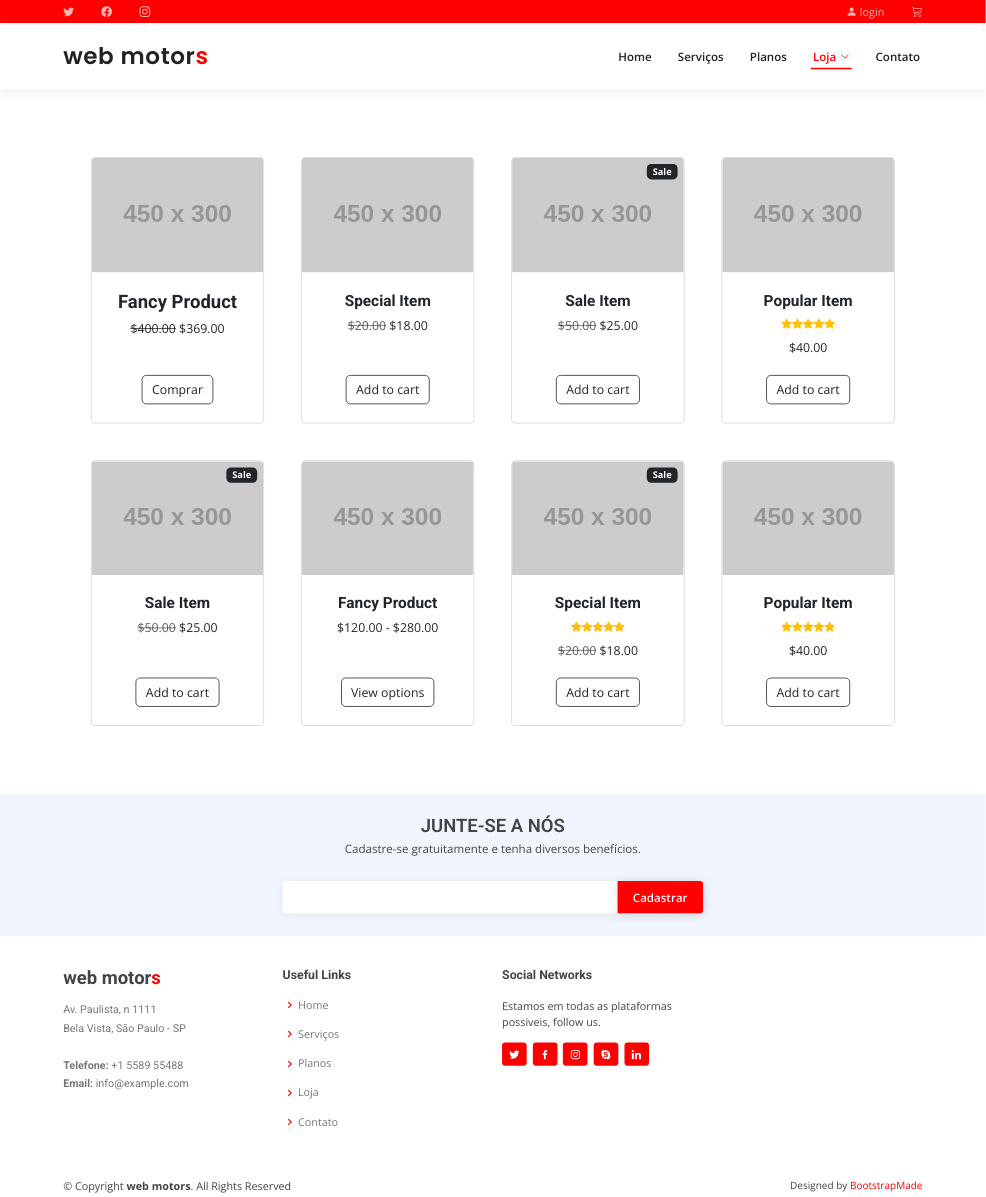
Repository: 01nethy/WebMotors
Page: produtos.html
The author's editor kept a copy of each file at every save. The page is drawn from the files as they stood at one save, then again after the next save.
The browser window is 1280 px wide. The pictures show the whole page, at 77% of full size.

Above is the page before, as saved 2023-12-08 14:57:22.

### produtos.html
<!DOCTYPE html>
<html lang="pt-BR">

<head>
  <meta charset="utf-8">
  <meta content="width=device-width, initial-scale=1.0" name="viewport">

  <title>Produtos Automotivos - Web Motors</title>
  <meta content="" name="description">
  <meta content="" name="keywords">

  <!-- Favicons -->
  <link href="assets/img/favicon.png" rel="icon">
  <link href="assets/img/apple-touch-icon.png" rel="apple-touch-icon">

  <!-- Google Fonts -->
  <link
    href="https://fonts.googleapis.com/css?family=Open+Sans:300,300i,400,400i,600,600i,700,700i|Roboto:300,300i,400,400i,500,500i,600,600i,700,700i|Poppins:300,300i,400,400i,500,500i,600,600i,700,700i"
    rel="stylesheet">

  <!-- Vendor CSS Files -->
  <link href="assets/vendor/aos/aos.css" rel="stylesheet">
  <link href="assets/vendor/bootstrap/css/bootstrap.min.css" rel="stylesheet">
  <link href="assets/vendor/bootstrap-icons/bootstrap-icons.css" rel="stylesheet">
  <link href="assets/vendor/boxicons/css/boxicons.min.css" rel="stylesheet">
  <link href="assets/vendor/glightbox/css/glightbox.min.css" rel="stylesheet">
  <link href="assets/vendor/swiper/swiper-bundle.min.css" rel="stylesheet">

  <!-- Template Main CSS File -->
  <link href="assets/css/style.css" rel="stylesheet">

  <!-- =======================================================
  * Template Name: BizLand
  * Updated: Jul 27 2023 with Bootstrap v5.3.1
  * Template URL: https://bootstrapmade.com/bizland-bootstrap-business-template/
  * Author: BootstrapMade.com
  * License: https://bootstrapmade.com/license/
  ======================================================== -->
</head>

<body>
 <!-- ======= Top Bar ======= -->
 <section id="topbar" class="d-flex align-items-center">
  <div id="topajust" class="container d-flex">
    <div class="social-links col-6 ">
      <a href="#" class="twitter m-0"><i class="bi bi-twitter"></i></a>
      <a href="#" class="facebook"><i class="bi bi-facebook"></i></a>
      <a href="#" class="instagram"><i class="bi bi-instagram"></i></a>
      <!-- <a href="#" class="linkedin"><i class="bi bi-linkedin"></i></i></a> -->
    </div>
    <div class="social-links col-6 text-end">
      <a href="login.html"><i class="bi bi-person-fill"></i> login </a>
      <a href="cart.html"> <i class="bi bi-cart3"></i></a>
    </div>
  </div>
</section>

  <!-- ======= Header nav ======= -->
  <header id="header" class="d-flex">
    <div class="container d-flex align-items-center justify-content-between"">
      <h1 class=" logo"><a href="index.html">web motor<span>s</span></a></h1>
      <nav id="navbar" class="nav navbar justify-content-end">
        <ul>
          <li><a class="nav-link scrollto" href="index.html">Home</a></li>
          <!-- <li><a class="nav-link scrollto" href="#about">Mecanica</a></li>-->
          <li><a class="nav-link scrollto" href="index.html #services">Serviços</a></li>
          <!-- <li><a class="nav-link scrollto " href="#portfolio">Aditivo</a></li>-->
          <li><a class="nav-link scrollto" href="index.html #pricing">Planos</a></li>
          <li class="dropdown"><a class="active" href="produtos.html"><span>Loja</span> <i class="bi bi-chevron-down"></i></a>
            <ul>
              <li><a href="#">Aditivos</a></li>
              <!-- <li class="dropdown"><a href="#"><span>Deep Drop Down</span> <i class="bi bi-chevron-right"></i></a>
                <ul>
                  <li><a href="#">Deep Drop Down 1</a></li>
                  <li><a href="#">Deep Drop Down 2</a></li>
                  <li><a href="#">Deep Drop Down 3</a></li>
                  <li><a href="#">Deep Drop Down 4</a></li>
                  <li><a href="#">Deep Drop Down 5</a></li>
                </ul>
              </li> -->
              <li><a href="#">Borracha</a></li>
              <li><a href="#">Pneus</a></li>
            </ul>
          </li>
          <li><a class="nav-link scrollto" href="index.html #contact">Contato</a></li>
        </ul>
        <i class="bi bi-list mobile-nav-toggle"></i>
      </nav><!-- .navbar -->
    </div>
  </header>

  <main id="main" data-aos="fade-up">
    <section class="inner-page">
      <div class="container px-4 px-lg-5 mt-5">
        <div class="row gx-4 gx-lg-5 row-cols-2 row-cols-md-3 row-cols-xl-4 justify-content-center">
          <div class="col mb-5">
            <div class="card h-100">
              <img class="card-img-top" src="https://dummyimage.com/450x300/dee2e6/6c757d.jpg" alt="..." />
              <div class="card-body p-4">
              <div class="text-center">
                <!-- Product name-->
                <h4 class="fw-bolder">Fancy Product</h4>
                <p class="item-price">
                  <strike>$400.00</strike> <span>$369.00</span>
                </p>
              </div>
            </div>
              <div class="card-footer p-4 pt-0 border-top-0 bg-transparent">
                <div class="text-center"><a class="btn btn-outline-dark mt-auto" href="#">Comprar</a>
                </div>
              </div>
            </div>
          </div>
          <div class="col mb-5">
            <div class="card h-100">
              <img class="card-img-top" src="https://dummyimage.com/450x300/dee2e6/6c757d.jpg" alt="..." />
              <!-- Product details-->
              <div class="card-body p-4">
                <div class="text-center">
                  <!-- Product name-->
                  <h5 class="fw-bolder">Special Item</h5>
                  <span class="text-muted text-decoration-line-through">$20.00</span>
                  $18.00
                </div>
              </div>
              <!-- Product actions-->
              <div class="card-footer p-4 pt-0 border-top-0 bg-transparent">
                <div class="text-center"><a class="btn btn-outline-dark mt-auto" href="#">Add to cart</a></div>
              </div>
            </div>
          </div>
          <div class="col mb-5">
            <div class="card h-100">
              <!-- Sale badge-->
              <div class="badge bg-dark text-white position-absolute" style="top: 0.5rem; right: 0.5rem">Sale</div>
              <!-- Product image-->
              <img class="card-img-top" src="https://dummyimage.com/450x300/dee2e6/6c757d.jpg" alt="..." />
              <!-- Product details-->
              <div class="card-body p-4">
                <div class="text-center">
                  <!-- Product name-->
                  <h5 class="fw-bolder">Sale Item</h5>
                  <!-- Product price-->
                  <span class="text-muted text-decoration-line-through">$50.00</span>
                  $25.00
                </div>
              </div>
              <!-- Product actions-->
              <div class="card-footer p-4 pt-0 border-top-0 bg-transparent">
                <div class="text-center"><a class="btn btn-outline-dark mt-auto" href="#">Add to cart</a></div>
              </div>
            </div>
          </div>
          <div class="col mb-5">
            <div class="card h-100">
              <!-- Product image-->
              <img class="card-img-top" src="https://dummyimage.com/450x300/dee2e6/6c757d.jpg" alt="..." />
              <!-- Product details-->
              <div class="card-body p-4">
                <div class="text-center">
                  <!-- Product name-->
                  <h5 class="fw-bolder">Popular Item</h5>
                  <!-- Product reviews-->
                  <div class="d-flex justify-content-center small text-warning mb-2">
                    <div class="bi-star-fill"></div>
                    <div class="bi-star-fill"></div>
                    <div class="bi-star-fill"></div>
                    <div class="bi-star-fill"></div>
                    <div class="bi-star-fill"></div>
                  </div>
                  <!-- Product price-->
                  $40.00
                </div>
              </div>
              <!-- Product actions-->
              <div class="card-footer p-4 pt-0 border-top-0 bg-transparent">
                <div class="text-center"><a class="btn btn-outline-dark mt-auto" href="#">Add to cart</a></div>
              </div>
            </div>
          </div>
          <div class="col mb-5">
            <div class="card h-100">
              <!-- Sale badge-->
              <div class="badge bg-dark text-white position-absolute" style="top: 0.5rem; right: 0.5rem">Sale</div>
              <!-- Product image-->
              <img class="card-img-top" src="https://dummyimage.com/450x300/dee2e6/6c757d.jpg" alt="..." />
              <!-- Product details-->
              <div class="card-body p-4">
                <div class="text-center">
                  <!-- Product name-->
                  <h5 class="fw-bolder">Sale Item</h5>
                  <!-- Product price-->
                  <span class="text-muted text-decoration-line-through">$50.00</span>
                  $25.00
                </div>
              </div>
              <!-- Product actions-->
              <div class="card-footer p-4 pt-0 border-top-0 bg-transparent">
                <div class="text-center"><a class="btn btn-outline-dark mt-auto" href="#">Add to cart</a></div>
              </div>
            </div>
          </div>
          <div class="col mb-5">
            <div class="card h-100">
              <!-- Product image-->
              <img class="card-img-top" src="https://dummyimage.com/450x300/dee2e6/6c757d.jpg" alt="..." />
              <!-- Product details-->
              <div class="card-body p-4">
                <div class="text-center">
                  <!-- Product name-->
                  <h5 class="fw-bolder">Fancy Product</h5>
                  <!-- Product price-->
                  $120.00 - $280.00
                </div>
              </div>
              <!-- Product actions-->
              <div class="card-footer p-4 pt-0 border-top-0 bg-transparent">
                <div class="text-center"><a class="btn btn-outline-dark mt-auto" href="#">View options</a></div>
              </div>
            </div>
          </div>
          <div class="col mb-5">
            <div class="card h-100">
              <!-- Sale badge-->
              <div class="badge bg-dark text-white position-absolute" style="top: 0.5rem; right: 0.5rem">Sale</div>
              <!-- Product image-->
              <img class="card-img-top" src="https://dummyimage.com/450x300/dee2e6/6c757d.jpg" alt="..." />
              <!-- Product details-->
              <div class="card-body p-4">
                <div class="text-center">
                  <!-- Product name-->
                  <h5 class="fw-bolder">Special Item</h5>
                  <!-- Product reviews-->
                  <div class="d-flex justify-content-center small text-warning mb-2">
                    <div class="bi-star-fill"></div>
                    <div class="bi-star-fill"></div>
                    <div class="bi-star-fill"></div>
                    <div class="bi-star-fill"></div>
                    <div class="bi-star-fill"></div>
                  </div>
                  <!-- Product price-->
                  <span class="text-muted text-decoration-line-through">$20.00</span>
                  $18.00
                </div>
              </div>
              <!-- Product actions-->
              <div class="card-footer p-4 pt-0 border-top-0 bg-transparent">
                <div class="text-center"><a class="btn btn-outline-dark mt-auto" href="#">Add to cart</a></div>
              </div>
            </div>
          </div>
          <div class="col mb-5">
            <div class="card h-100">
              <!-- Product image-->
              <img class="card-img-top" src="https://dummyimage.com/450x300/dee2e6/6c757d.jpg" alt="..." />
              <!-- Product details-->
              <div class="card-body p-4">
                <div class="text-center">
                  <!-- Product name-->
                  <h5 class="fw-bolder">Popular Item</h5>
                  <!-- Product reviews-->
                  <div class="d-flex justify-content-center small text-warning mb-2">
                    <div class="bi-star-fill"></div>
                    <div class="bi-star-fill"></div>
                    <div class="bi-star-fill"></div>
                    <div class="bi-star-fill"></div>
                    <div class="bi-star-fill"></div>
                  </div>
                  <!-- Product price-->
                  $40.00
                </div>
              </div>
              <!-- Product actions-->
              <div class="card-footer p-4 pt-0 border-top-0 bg-transparent">
                <div class="text-center"><a class="btn btn-outline-dark mt-auto" href="#">Add to cart</a></div>
              </div>
            </div>
          </div>
        </div>
      </div>
    </section>
  </main><!-- End #main -->

 <!-- ======= Footer ======= -->
 <footer id="footer">
  <div class="footer-newsletter">
    <div class="container">
      <div class="row justify-content-center">
        <div class="col-lg-6">
          <h4>JUNTE-SE A NÓS</h4>
          <p>Cadastre-se gratuitamente e tenha diversos benefícios.</p>
          <form action="" method="post">
            <input type="email" name="email"><input type="submit" value="Cadastrar">
          </form>
        </div>
      </div>
    </div>
  </div>
  <div class="footer-top">
    <div class="container">
      <div class="row">
        <div class="col-lg-3 col-md-6 footer-contact">
          <h3>web motor<span>s</span></h3>
          <p>
            Av. Paulista, n 1111 <br>
            Bela Vista, São Paulo - SP<br>
            <br>
            <strong>Telefone:</strong> +1 5589 55488<br>
            <strong>Email:</strong> info@example.com<br>
          </p>
        </div>
        <div class="col-lg-3 col-md-6 footer-links">
          <h4>Useful Links</h4>
          <ul>
            <li><i class="bx bx-chevron-right"></i> <a href="#">Home</a></li>
            <li><i class="bx bx-chevron-right"></i> <a href="#">Serviços</a></li>
            <li><i class="bx bx-chevron-right"></i> <a href="#">Planos</a></li>
            <li><i class="bx bx-chevron-right"></i> <a href="#">Loja</a></li>
            <li><i class="bx bx-chevron-right"></i> <a href="#">Contato</a></li>
          </ul>
        </div>
        <div class="col-lg-3 col-md-6 footer-links">
          <h4>Social Networks</h4>
          <p>Estamos em todas as plataformas possiveis,
            follow us.</p>
          <div class="social-links mt-3">
            <a href="#" class="twitter"><i class="bx bxl-twitter"></i></a>
            <a href="#" class="facebook"><i class="bx bxl-facebook"></i></a>
            <a href="#" class="instagram"><i class="bx bxl-instagram"></i></a>
            <a href="#" class="google-plus"><i class="bx bxl-skype"></i></a>
            <a href="#" class="linkedin"><i class="bx bxl-linkedin"></i></a>
          </div>
        </div>
      </div>
    </div>
  </div>
  <div class="container py-4">
    <div class="copyright">
      &copy; Copyright <strong><span>web motors</span></strong>. All Rights Reserved
    </div>
    <div class="credits">
      <!-- All the links in the footer should remain intact. -->
      <!-- You can delete the links only if you purchased the pro version. -->
      <!-- Licensing information: https://bootstrapmade.com/license/ -->
      <!-- Purchase the pro version with working PHP/AJAX contact form: https://bootstrapmade.com/web motors-bootstrap-business-template/ -->
      Designed by <a href="https://bootstrapmade.com/">BootstrapMade</a>
    </div>
  </div>
</footer>

  <div id="preloader"></div>
  <a href="#" class="back-to-top d-flex align-items-center justify-content-center"><i
      class="bi bi-arrow-up-short"></i></a>

  <!-- Vendor JS Files -->
  <script src="assets/vendor/purecounter/purecounter_vanilla.js"></script>
  <script src="assets/vendor/aos/aos.js"></script>
  <script src="assets/vendor/bootstrap/js/bootstrap.bundle.min.js"></script>
  <script src="assets/vendor/glightbox/js/glightbox.min.js"></script>
  <script src="assets/vendor/isotope-layout/isotope.pkgd.min.js"></script>
  <script src="assets/vendor/swiper/swiper-bundle.min.js"></script>
  <script src="assets/vendor/waypoints/noframework.waypoints.js"></script>
  <script src="assets/vendor/php-email-form/validate.js"></script>

  <!-- Template Main JS File -->
  <script src="assets/js/main.js"></script>
</body>
</html>

Loaded but not shown: assets/vendor/aos/aos.css (library); assets/vendor/bootstrap/css/bootstrap.min.css (library); assets/vendor/bootstrap-icons/bootstrap-icons.css (library); assets/vendor/boxicons/css/boxicons.min.css (library); assets/vendor/glightbox/css/glightbox.min.css (library); assets/vendor/swiper/swiper-bundle.min.css (library); assets/vendor/purecounter/purecounter_vanilla.js (library); assets/vendor/aos/aos.js (library); assets/vendor/bootstrap/js/bootstrap.bundle.min.js (library); assets/vendor/glightbox/js/glightbox.min.js (library); assets/vendor/isotope-layout/isotope.pkgd.min.js (library); assets/vendor/swiper/swiper-bundle.min.js (library); assets/vendor/waypoints/noframework.waypoints.js (library); assets/vendor/php-email-form/validate.js (common file); assets/js/main.js (289 lines, source omitted); assets/css/style.css (2218 lines, source omitted)

After the next save:
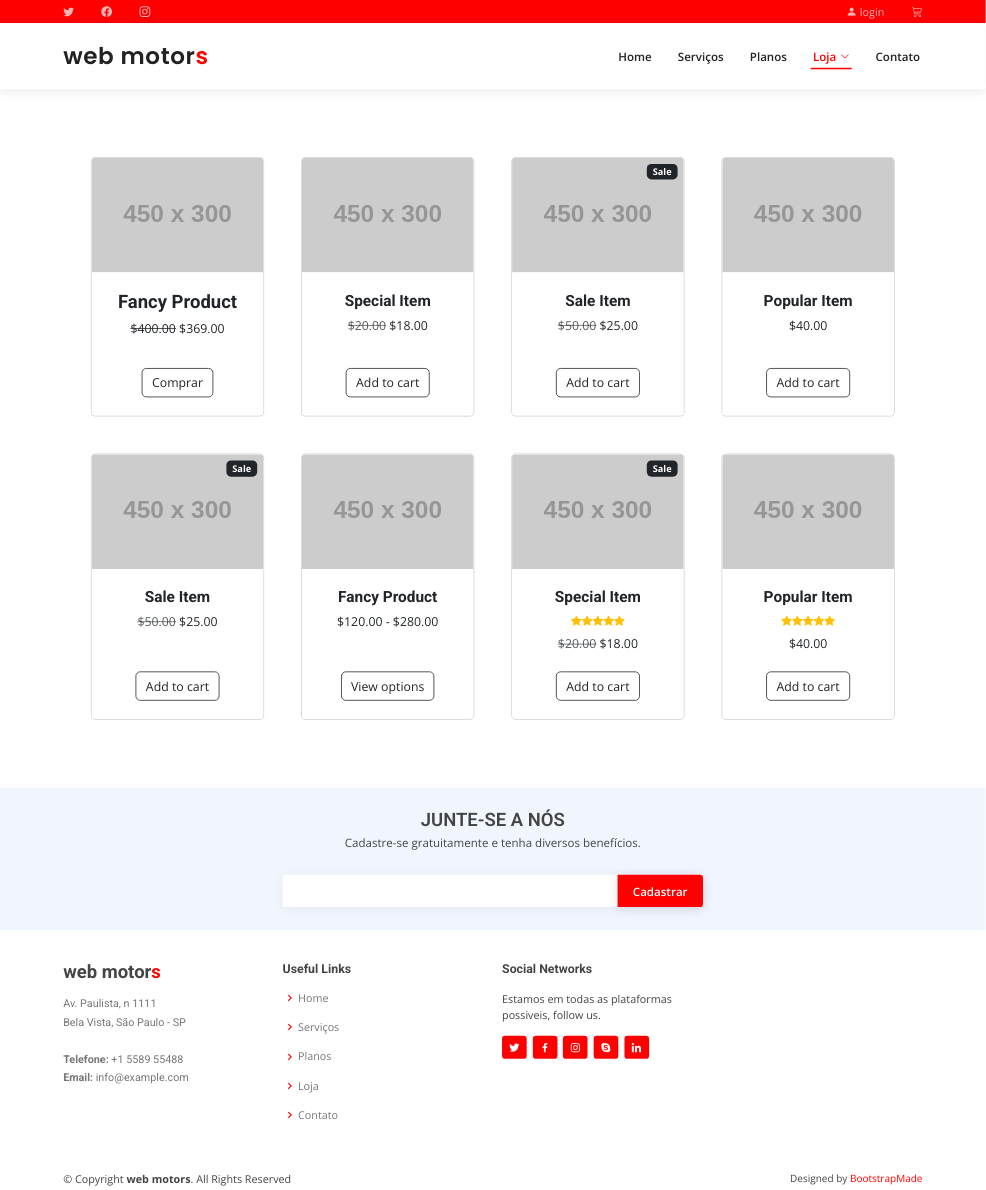
Saved 5 min 30 s later.
--- a/produtos.html
+++ b/produtos.html
@@ -160,14 +160,6 @@
                 <div class="text-center">
                   <!-- Product name-->
                   <h5 class="fw-bolder">Popular Item</h5>
-                  <!-- Product reviews-->
-                  <div class="d-flex justify-content-center small text-warning mb-2">
-                    <div class="bi-star-fill"></div>
-                    <div class="bi-star-fill"></div>
-                    <div class="bi-star-fill"></div>
-                    <div class="bi-star-fill"></div>
-                    <div class="bi-star-fill"></div>
-                  </div>
                   <!-- Product price-->
                   $40.00
                 </div>
